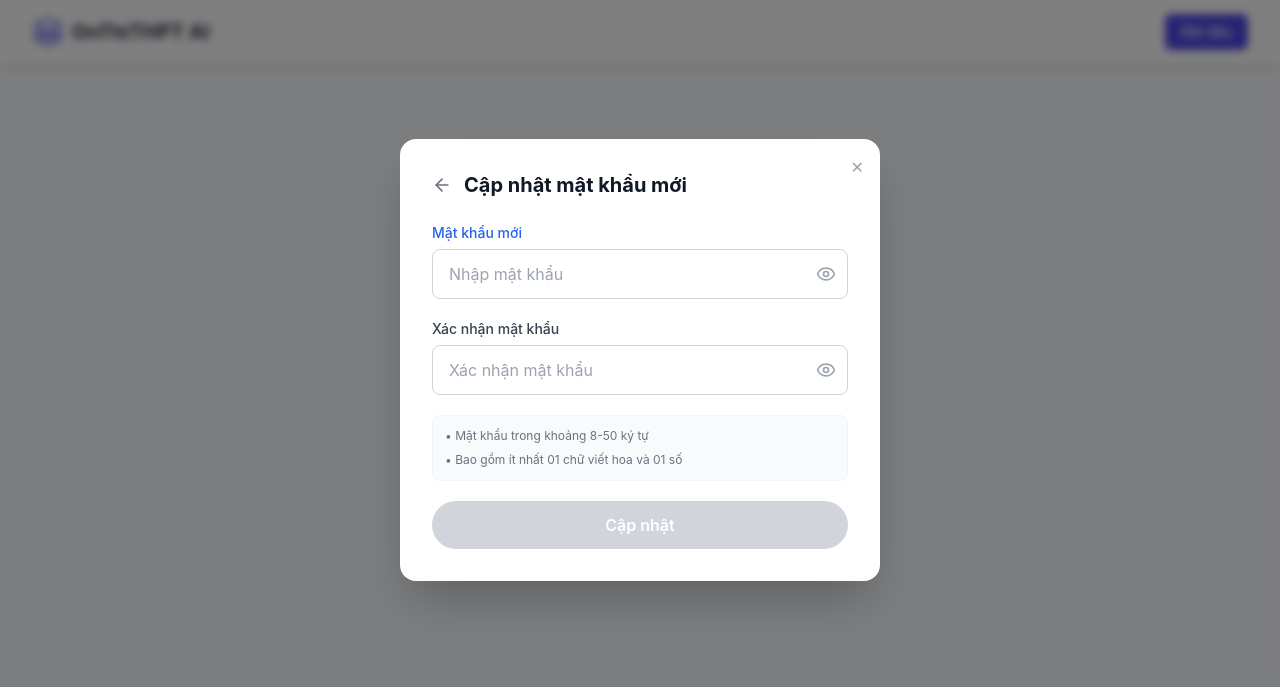
Repository: minhquangAlex/OnThiTHPT-AI
Page: /#/reset-password
An editor plug-in stored every save of this project. The page is shown before and after the next save, followed by the edit.
The browser window is 1280 px wide. The pictures show the whole page.
The page's requests for data from a server got no answer. The project was rebuilt for these pictures with package versions that can differ from the ones it lists, and the page was loaded fresh each time. No one was signed in, and anything a server would have sent is missing. Also part of the build but not shown: vite.config.ts, src/components/icons/SubjectIcons.tsx, src/store/useQuizStore.ts, src/services/geminiService.ts, src/components/Spinner.tsx, src/components/AITutor.tsx, src/components/SignupModal.tsx, src/components/Button.tsx and 17 more.

Above is the page before, as saved 2025-12-02 10:24:19.

After the next save:
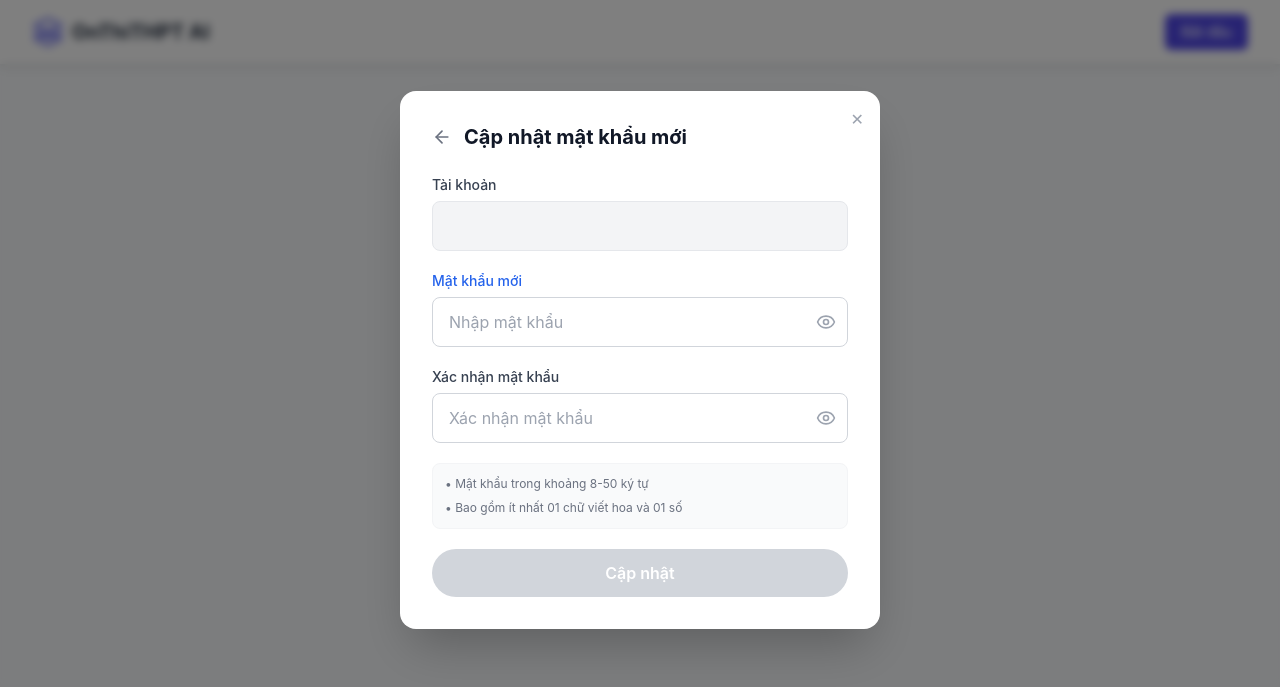
Saved 41 s later.
--- a/src/pages/ResetPasswordPage.tsx
+++ b/src/pages/ResetPasswordPage.tsx
@@ -1,9 +1,13 @@
 import React, { useState } from 'react';
-import { useNavigate } from 'react-router-dom';
+import { useNavigate, useLocation } from 'react-router-dom';
 import { Eye, EyeOff, ArrowLeft } from 'lucide-react'; // Đảm bảo bạn đã cài lucide-react
+import api from '../services/api';
 
 const ResetPasswordPage: React.FC = () => {
   const navigate = useNavigate();
+  const location = useLocation();
+  // username can be passed via location.state or query params
+  const passedUsername = (location.state as any)?.username || new URLSearchParams(location.search).get('username') || '';
   const [password, setPassword] = useState('');
   const [confirmPassword, setConfirmPassword] = useState('');
   const [showPassword, setShowPassword] = useState(false);
@@ -21,13 +25,17 @@ const ResetPasswordPage: React.FC = () => {
 
     setIsLoading(true);
     try {
-      // Giả lập gọi API (Bạn có thể thay bằng api.resetPassword nếu đã có)
-      await new Promise(resolve => setTimeout(resolve, 1500));
-
-      alert('Cập nhật mật khẩu thành công!');
+      if (!passedUsername) {
+        alert('Không có thông tin tài khoản để khôi phục. Vui lòng bắt đầu từ trang đăng nhập.');
+        return;
+      }
+      // gọi API công khai reset password theo username
+      await api.authResetPassword(passedUsername, password);
+      alert('Cập nhật mật khẩu thành công! Vui lòng đăng nhập bằng mật khẩu mới.');
       navigate('/login');
     } catch (error) {
-      alert('Có lỗi xảy ra, vui lòng thử lại');
+      console.error('❌ [ResetPasswordPage] error:', error);
+      alert((error as any)?.message || 'Có lỗi xảy ra, vui lòng thử lại');
     } finally {
       setIsLoading(false);
     }
@@ -54,6 +62,16 @@ const ResetPasswordPage: React.FC = () => {
         </div>
 
         <form onSubmit={handleSubmit} className="space-y-5">
+          {/* Hiển thị username nếu có */}
+          <div>
+            <label className="block text-sm font-medium text-gray-700 mb-1.5">Tài khoản</label>
+            <input
+              type="text"
+              value={passedUsername}
+              readOnly
+              className="w-full px-4 py-3 rounded-lg border border-gray-200 bg-gray-100 text-slate-700"
+            />
+          </div>
           {/* Mật khẩu mới */}
           <div>
             <label className="block text-sm font-medium text-blue-600 mb-1.5">Mật khẩu mới</label>
